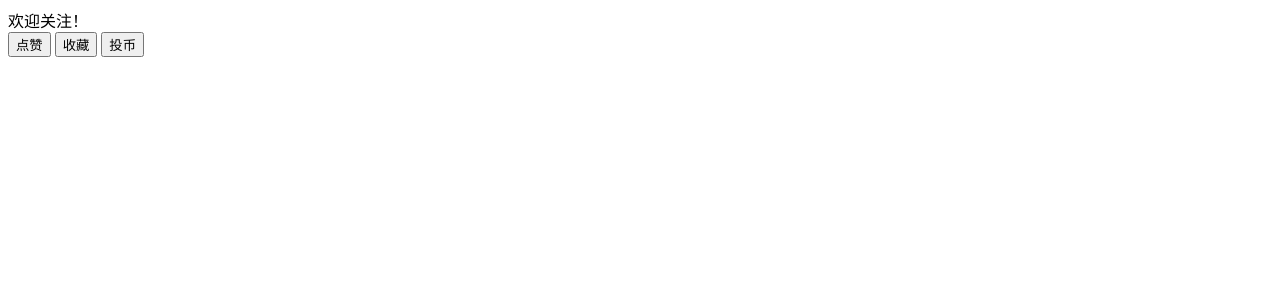
Repository: singerle/blibliShare
Page: shared/z/github/blibliShare/shared/vue的is动态切换组件.html
The author's editor kept a copy of each file at every save. The page is drawn from the files as they stood at one save, then again after the next save.
The browser window is 1280 px wide. The pictures show the whole page.

Above is the page before, as saved 2023-11-03 23:22:57.
Console error: ReferenceError: myComponent1 is not defined

### shared/z/github/blibliShare/shared/vue的is动态切换组件.html
<!DOCTYPE html>
<html lang="zh-CN">

<head>
  <meta charset="UTF-8">
  <meta http-equiv="X-UA-Compatible" content="IE=edge">
  <meta name="viewport" content="width=device-width, initial-scale=1.0">
  <title>v-if和v-for优先级</title>
  <script src="./modules/vue.js"></script>
</head>

<body>
  <div id="app">
    <!-- <my-component/> -->
    <div>欢迎关注！</div>
    <input type="button" @click="changeComp(this.value)" value="点赞">
    <input type="button" @click="changeComp(this.value)" value="收藏">
    <input type="button" @click="changeComp(this.value)" value="投币">
    <component :is="content"></component>
  </div>

  <script>
    // 创建Vue组件对象
    var myComponent = Vue.component('my-component', {
      template: '<div>{{ message }}</div>',
      data: function () {
        return {
          message: 'Hello, Vue!'
        };
      }
    });
    let vm = new Vue({
      el: '#app',
      components:{
        myComponent,myComponent1,component2
      },
      data () {
        return {
          content: myComponent
        }
      },
      methods:{
        changeComp(val){
          console.log(val)
        }
      }
    })
  </script>
</body>

</html>

Loaded but not shown: shared/modules/vue.js (library)

After the next save:
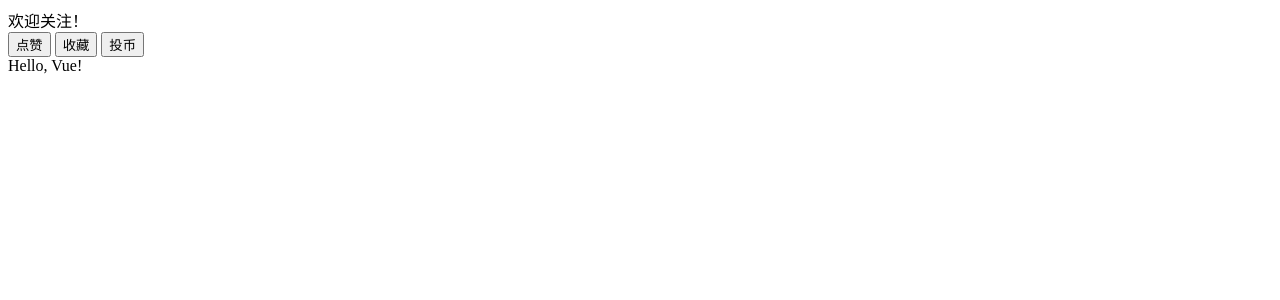
The error is gone.
Not found: shared/z/github/blibliShare/shared/components/content1.vue
Saved 82 s later.
--- a/shared/z/github/blibliShare/shared/vue的is动态切换组件.html
+++ b/shared/z/github/blibliShare/shared/vue的is动态切换组件.html
@@ -18,8 +18,10 @@
     <input type="button" @click="changeComp(this.value)" value="投币">
     <component :is="content"></component>
   </div>
-
-  <script>
+<script type="module" src="./components/content1.vue">
+  console.log(123123)
+</script>
+  <script >
     // 创建Vue组件对象
     var myComponent = Vue.component('my-component', {
       template: '<div>{{ message }}</div>',
@@ -32,7 +34,7 @@
     let vm = new Vue({
       el: '#app',
       components:{
-        myComponent,myComponent1,component2
+        // myComponent,myComponent1,component2
       },
       data () {
         return {
